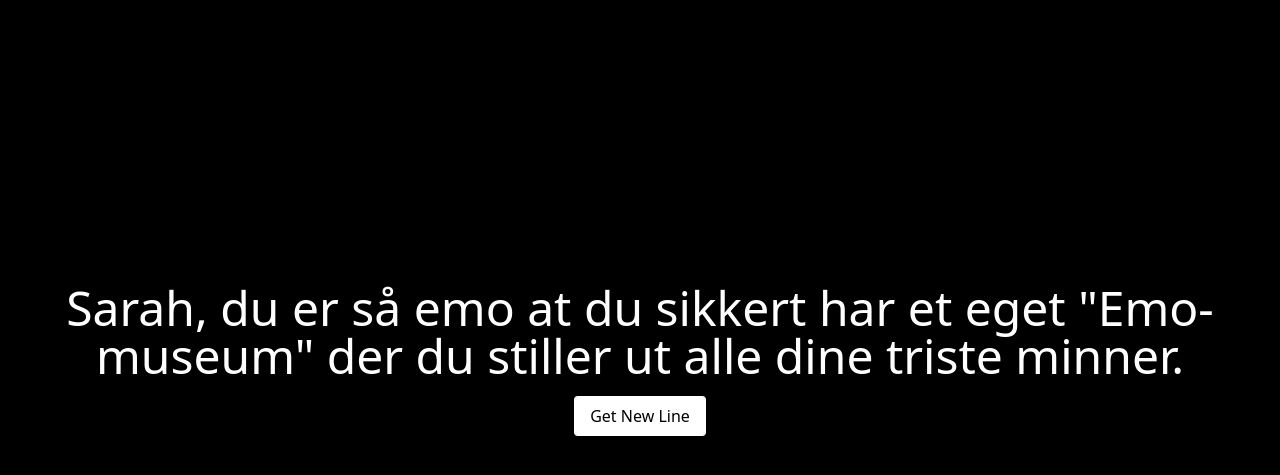
Repository: Larshalvorhansen/personalWebsite
Page: content/infoskjermV2/item-9_dagensBurn.html
The author's editor kept a copy of each file at every save. The page is drawn from the files as they stood at one save, then again after the next save.
The browser window is 1280 px wide. The pictures show the whole page.
Some web libraries are served in a nearby version.

Above is the page before, as saved 2025-02-17 14:38:34.

### content/infoskjermV2/item-9_dagensBurn.html
<!DOCTYPE html>
<html lang="en">

<head>
    <meta charset="UTF-8">
    <meta name="viewport" content="width=device-width, initial-scale=1.0">
    <title>Daily Burn</title>
    <!-- Include Tailwind CSS -->
    <script src="https://cdn.tailwindcss.com"></script>
</head>

<body class="bg-black text-white font-sans">
    <!-- Daily Burn Section -->
    <div class="container mx-auto p-4 h-screen flex flex-col items-center justify-center">
        <div class="DailyBurn bg-black p-4 rounded-lg shadow-md text-center">
            <p id="random-line" class="text-5xl mb-4">Loading...</p>
            <button onclick="fetchRandomLine()" class="px-4 py-2 bg-white text-black rounded">
                Get New Line
            </button>
        </div>
    </div>

    <!-- JavaScript to Fetch Random Lines -->
    <script>
        function fetchRandomLine() {
            fetch('burnsV2.txt')
                .then(response => response.text())
                .then(data => {
                    const lines = data.split('\n').filter(line => line.trim() !== '');
                    const randomLine = lines[Math.floor(Math.random() * lines.length)];
                    document.getElementById('random-line').textContent = randomLine;
                });
        }
        fetchRandomLine(); // Fetch a line on page load
    </script>
</body>

</html>

After the next save:
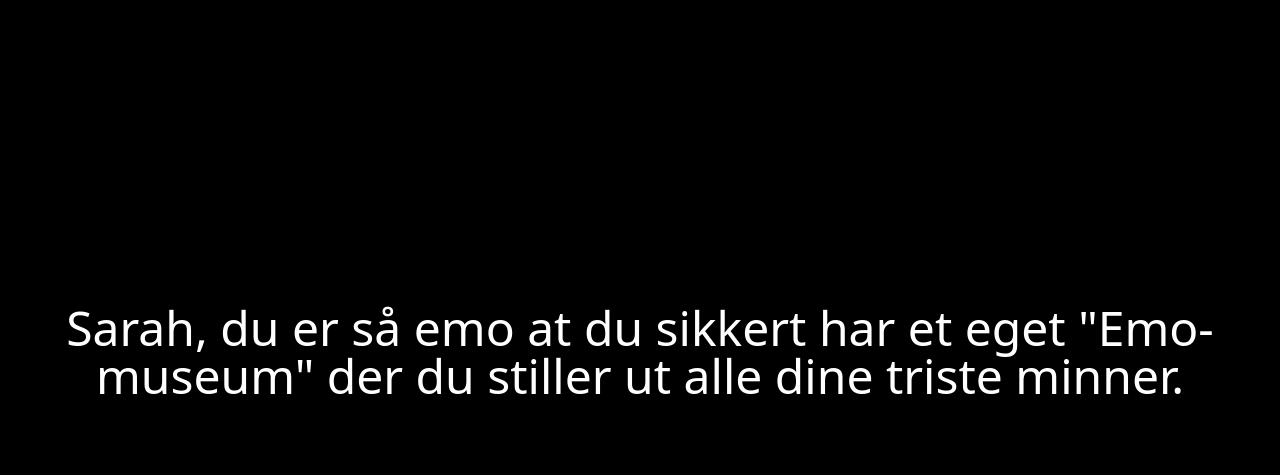
Saved 26 s later.
--- a/content/infoskjermV2/item-9_dagensBurn.html
+++ b/content/infoskjermV2/item-9_dagensBurn.html
@@ -14,9 +14,9 @@
     <div class="container mx-auto p-4 h-screen flex flex-col items-center justify-center">
         <div class="DailyBurn bg-black p-4 rounded-lg shadow-md text-center">
             <p id="random-line" class="text-5xl mb-4">Loading...</p>
-            <button onclick="fetchRandomLine()" class="px-4 py-2 bg-white text-black rounded">
+            <!-- <button onclick="fetchRandomLine()" class="px-4 py-2 bg-white text-black rounded">
                 Get New Line
-            </button>
+            </button> -->
         </div>
     </div>
 
